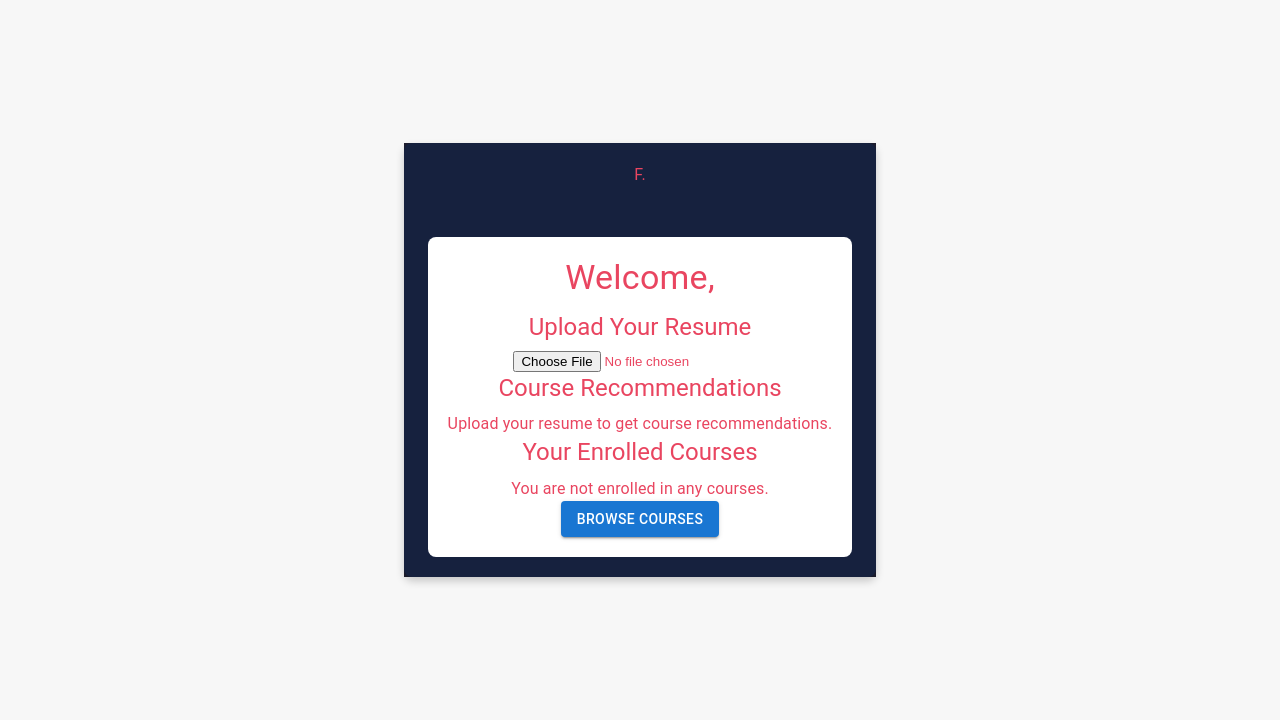
Repository: jvt2/OnlineCourseApp
Page: /dashboard
An editor plug-in stored every save of this project. The page is shown before and after the next save, followed by the edit.
The browser window is 1280 px wide. The pictures show the whole page.
The page's requests for data from a server got no answer. The project was rebuilt for these pictures with package versions that can differ from the ones it lists, and the page was loaded fresh each time. No one was signed in, and anything a server would have sent is missing. Also part of the build but not shown: src/features/auth/Register.js, src/features/auth/Login.js, src/features/courses/ResumeUpload.js, src/features/courses/CourseRecommendations.js, src/components/common/MyModal.js, src/features/courses/CourseCatalog.js, src/features/courses/CourseDetail.js, src/components/common/Navbar.js and 3 more. Imported but missing from the stored project, and not drawn on this page: src/app/reportWebVitals.

Above is the page before, as saved 2024-07-14 15:48:44.

After the next save:
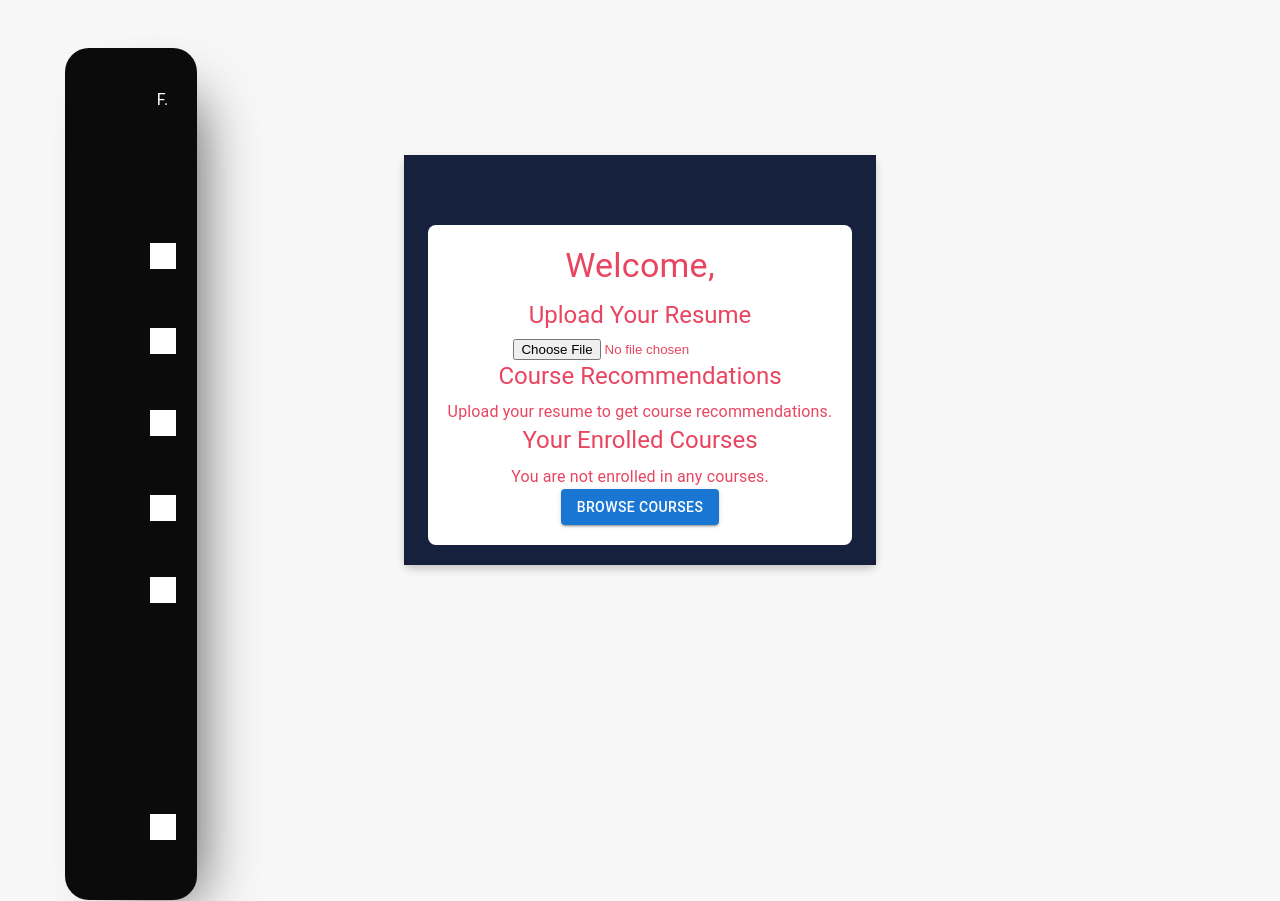
Saved 42 s later.
--- a/src/features/dashboard/Dashboard.css
+++ b/src/features/dashboard/Dashboard.css
@@ -462,3 +462,92 @@
     line-height: 24px;
     color: #0C0B0B;
 }
+
+/* General styles for the dashboard */
+.dashboard-container {
+    background: #FFFFFF;
+    padding: 20px;
+    border-radius: 8px;
+    margin-top: 50px;
+    text-align: center;
+  }
+
+  /* Sidebar styles */
+  .sidebar {
+    position: absolute;
+    width: 132px;
+    height: 853.12px;
+    left: 32.34px;
+    top: 24.02px;
+  }
+
+  .sidebar-blur {
+    position: absolute;
+    width: 81.01px;
+    height: 804px;
+    left: 83.32px;
+    top: 73.14px;
+    background: #0C0B0B;
+    opacity: 0.7;
+    filter: blur(30px);
+    border-radius: 24px;
+  }
+
+  .sidebar-main {
+    position: absolute;
+    width: 132px;
+    height: 852px;
+    left: 32.34px;
+    top: 24.02px;
+    background: #0C0B0B;
+    border-radius: 24px;
+  }
+
+  .sidebar-logo {
+    position: absolute;
+    width: 47px;
+    height: 102px;
+    left: 74.46px;
+    top: 39.67px;
+    font-family: 'Baloo Bhai';
+    font-style: normal;
+    font-weight: 400;
+    font-size: 64px;
+    line-height: 102px;
+    color: #FFFFFF;
+  }
+
+  .sidebar-icon {
+    position: absolute;
+    width: 26px;
+    height: 26px;
+    left: 85.15px;
+  }
+
+  .icon-home {
+    top: 22.89%;
+  }
+
+  .icon-graduation {
+    top: 32.84%;
+  }
+
+  .icon-user {
+    top: 42.46%;
+  }
+
+  .icon-message {
+    top: 52.44%;
+  }
+
+  .icon-settings {
+    top: 62.11%;
+  }
+
+  .icon-logout {
+    top: 89.95%;
+  }
+
+  .icon-background {
+    background: #FFFFFF;
+  }
